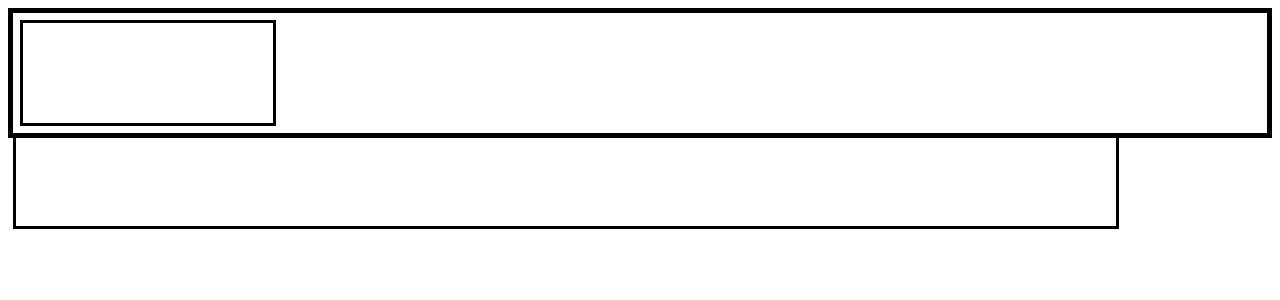
Repository: cartervandekamp/htmlstructure.mdia2003
Page: htmlstructure-psd/index.html
These files come from the project's save history. The page is drawn as it stood at one moment and after the next save; the edit follows.
The browser window is 1280 px wide. The pictures show the whole page.

Above is the page before, as saved 2023-01-16 18:02:42.

After the next save:
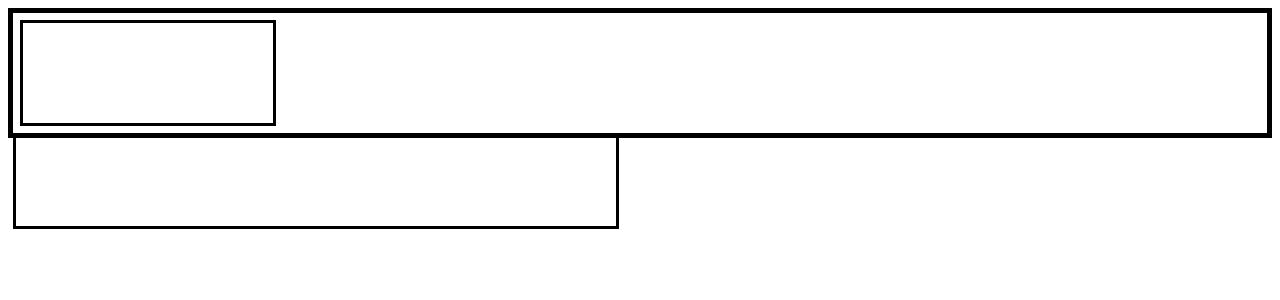
Saved 23 s later.
--- a/htmlstructure-psd/style.css
+++ b/htmlstructure-psd/style.css
@@ -24,5 +24,5 @@ body {
     border-style: solid;
     border-color: black;
     align-items: center;
-padding-left: 500px;
+
 }
